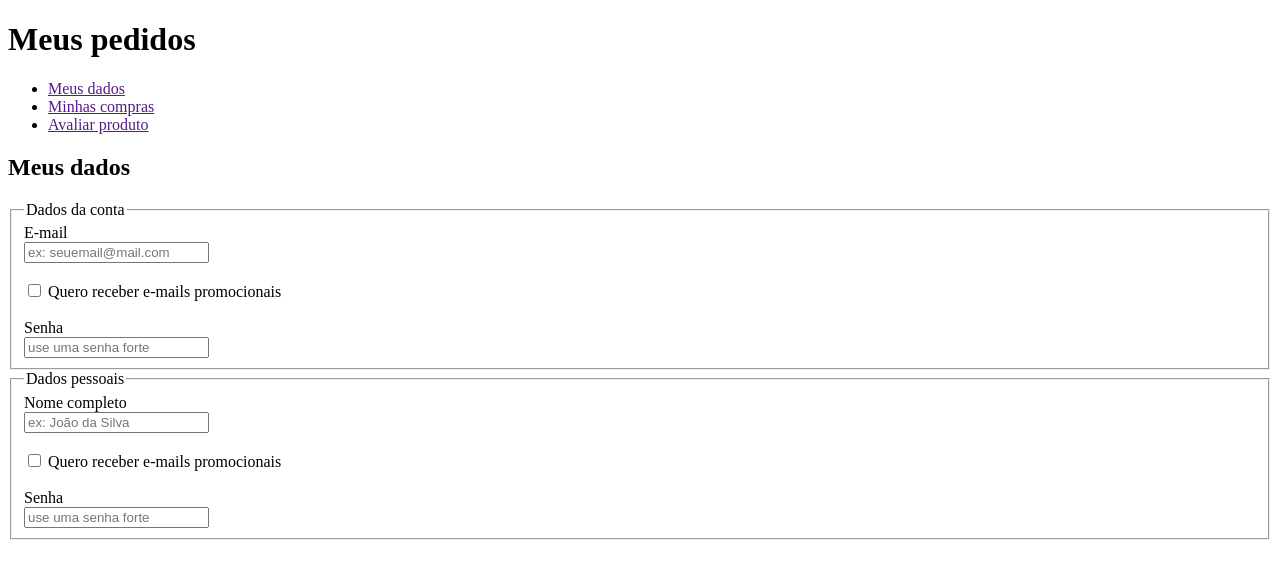
Repository: claudemir-camargo/site-compras
Page: index.html
The author's editor kept a copy of each file at every save. The page is drawn from the files as they stood at one save, then again after the next save.
The browser window is 1280 px wide. The pictures show the whole page.

Above is the page before, as saved 2024-02-27 20:23:49.

After the next save:
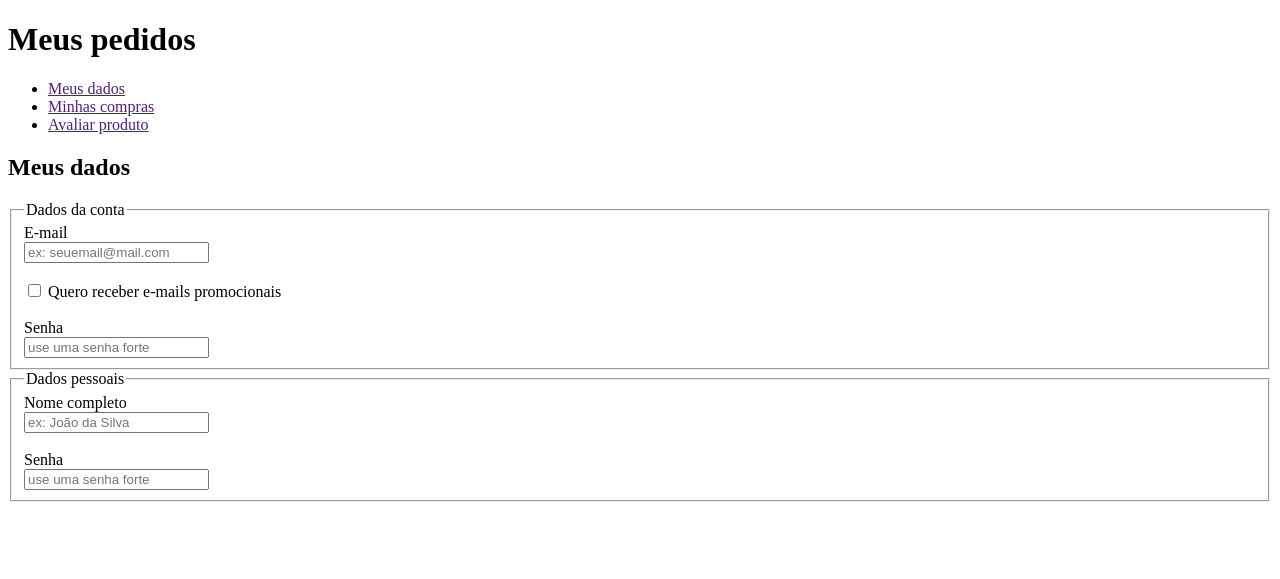
Saved 30 s later.
--- a/index.html
+++ b/index.html
@@ -31,8 +31,6 @@
         <form>
             <label>Nome completo</label><br>
             <input type="email" placeholder="ex: João da Silva"><br><br>
-            <input type="checkbox">
-            <label>Quero receber e-mails promocionais</label><br><br>
             <label>Senha</label><br>
             <input type="password" placeholder="use uma senha forte">
         </form>
